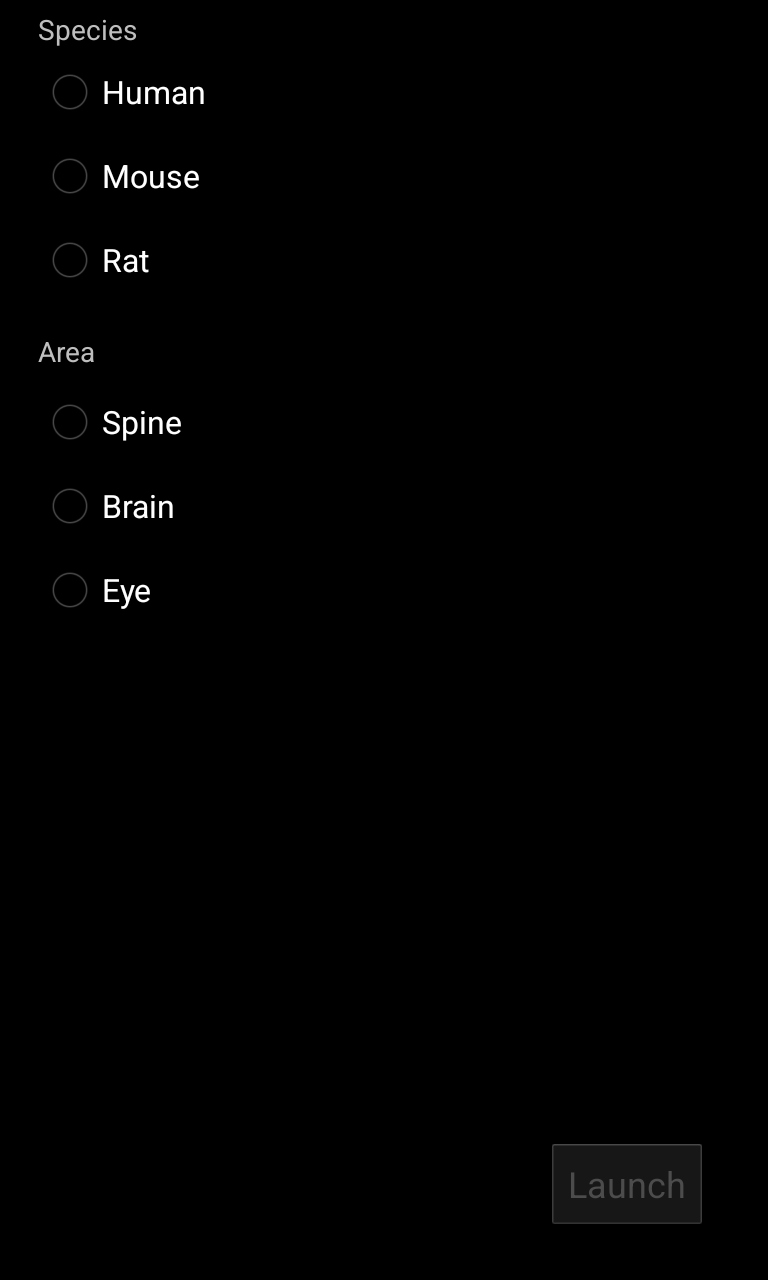
Repository: Ekarg/CSCE315Project3
Layout: Project3/res/layout/activity_main.xml
These files come from the project's save history. The layout is drawn as it stood at one moment and after the next save; the edit follows.
It is drawn on a 768 x 1280 px phone screen (xhdpi) without system bars, with theme android:Theme.Holo; the app's code is not run.

Above is the layout before, as saved 2013-11-27 20:21:30.

After the next save:
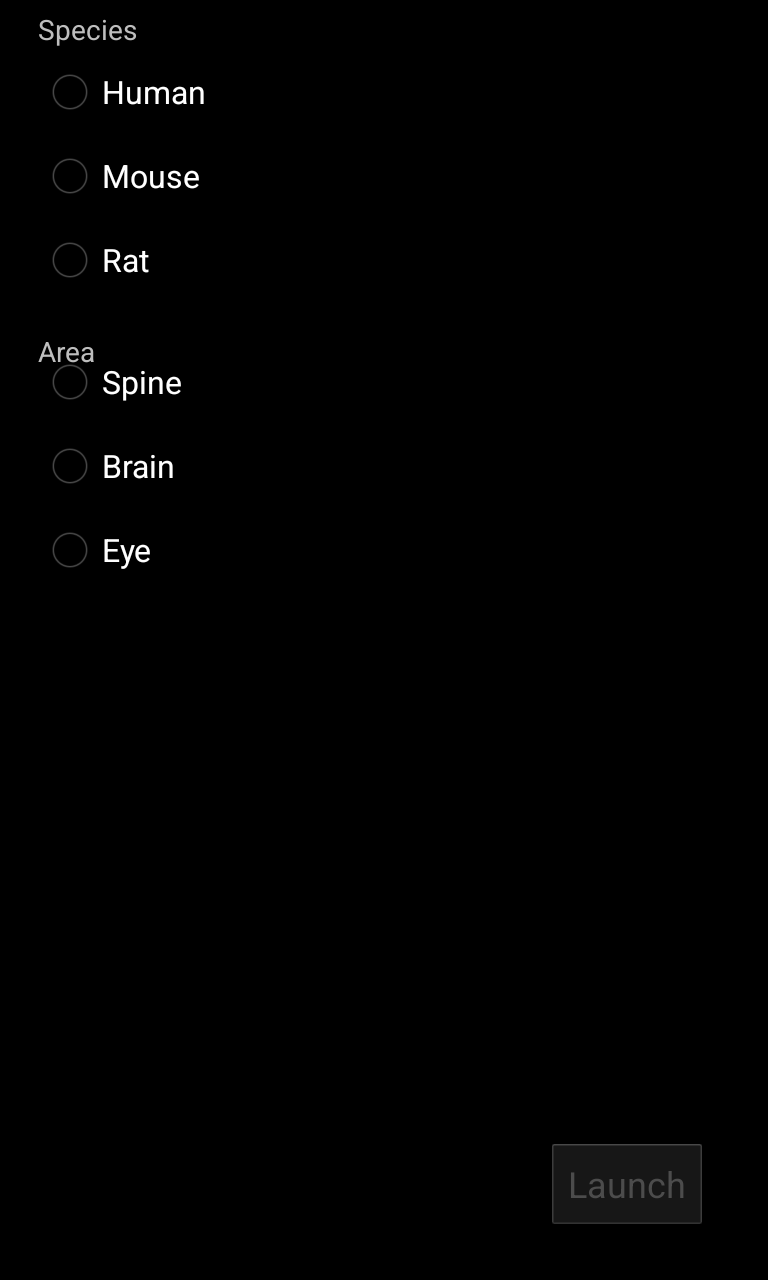
Saved 18 s later.
--- a/Project3/res/layout/activity_main.xml
+++ b/Project3/res/layout/activity_main.xml
@@ -91,7 +91,7 @@
             android:layout_height="wrap_content"
             android:layout_marginLeft="14dp"
             android:checked = "false"
-            android:layout_marginTop="190dp"
+            android:layout_marginTop="170dp"
 	        android:onClick="onRadioButtonClicked"
 	        android:text="@string/spine" />
 
